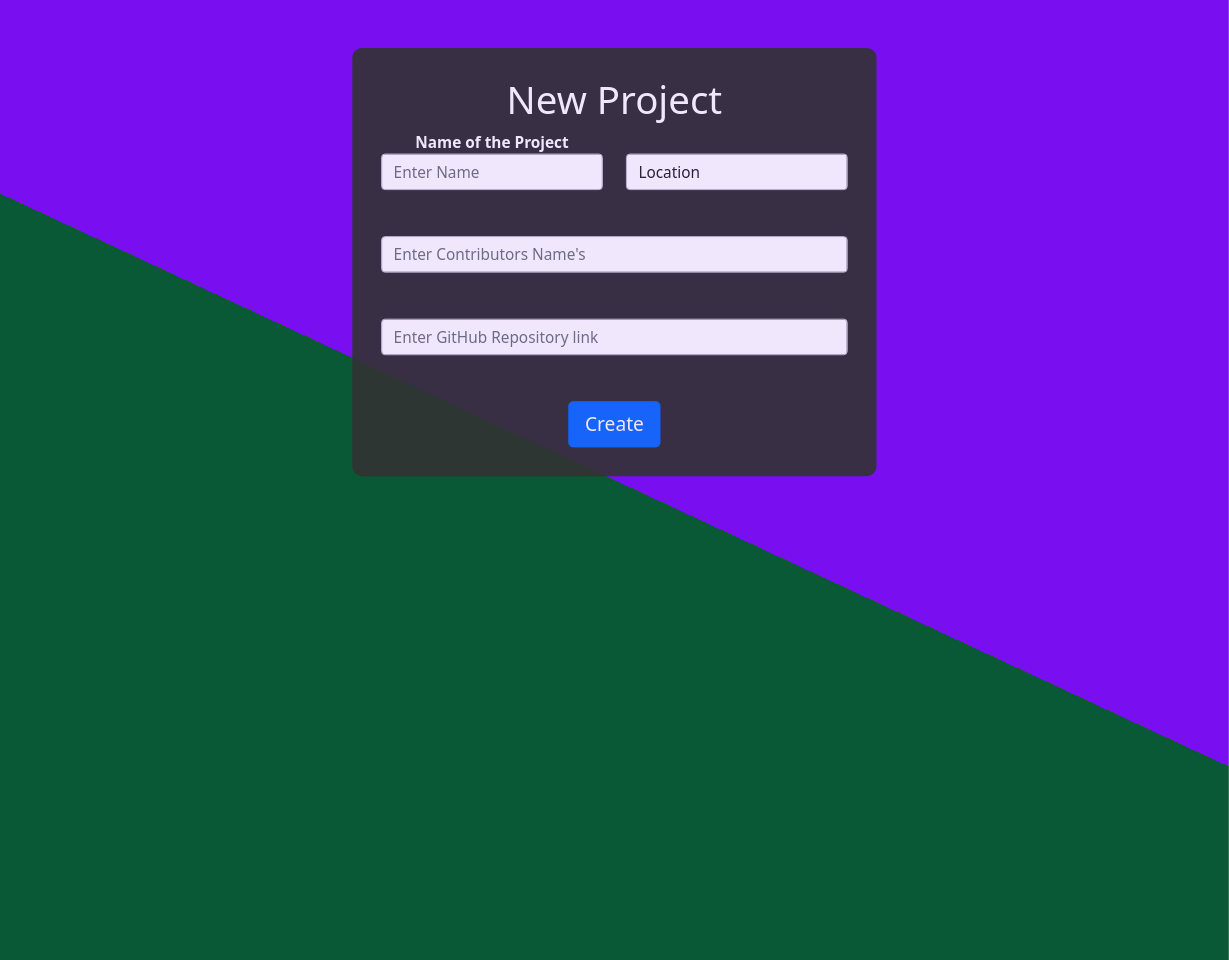
Repository: poornasyamasundar/Software-Project-Manager
Page: SoftwareManager/Templates/newProject.html
These files come from the project's save history. The page is drawn as it stood at one moment and after the next save; the edit follows.
The browser window is 1280 px wide. The pictures show the whole page, at 96% of full size.

Above is the page before, as saved 2021-10-22 00:27:55.

### SoftwareManager/Templates/newProject.html
<!DOCTYPE html>
<html>
	<head>
		<link rel = 'stylesheet' href = 'newProject.css'>
		<link href="https://cdn.jsdelivr.net/npm/bootstrap@5.0.2/dist/css/bootstrap.min.css" rel="stylesheet" integrity="sha384-EVSTQN3/azprG1Anm3QDgpJLIm9Nao0Yz1ztcQTwFspd3yD65VohhpuuCOmLASjC" crossorigin="anonymous">
		<title>
			New Project
		</title>
	</head>
	<body>
		<!-- <div id = 'homeMenu'>
			<div id = 'logo'>Logo and name</div>
			<div id = 'help'>Help</div>
			<div id = 'goback'>Go Back</div>
		</div>
		<div id = 'newProjectBox'>
			<div id = 'name'>
				Name of the Project
			</div>
			<div id = 'model'>
				Life Cycle model
			</div>
			<div id = 'contributors'>
				Contributors
			</div>
			<div id = 'repositorylink'>
				Github Repo Link
			</div>
			<div id = 'create'>
				Create
			</div>
		</div> -->

		<div class="container">
			<div class="row">
			  <div class="col-lg-3"></div>

			  <div class="col-lg-6">
				<div id="ui">
				  <h1 align = "center">New Project</h1>
				  <form class="form-group text-center" action="/student/dashboard/requests/send" method="POST">
					<div class="row">
					  <div class="col-lg-6">
						<label for="" align="left">Name of the Project </label>
						<input type="text" name="name" class="form-control" placeholder="Enter Name">
					  </div>
					  <div class="col-lg-6">
						<label for="empty-space"></label>
						<select class="form-control" name="type">
						  <option>Location</option>
						  <option>Waterfall Model</option>
						  <option>Agile Model</option>
						  <option>-</option>
						  <option>--</option>
						</select>
					  </div>
					</div>
					<br>
					<label></label>
					<input type="text" name="reason" class="form-control" placeholder="Enter Contributors Name's">
					<br>
					<label></label>
					<input type="text" name="repo" class="form-control" placeholder="Enter GitHub Repository link">
					<br>
					<br>
					<input type="submit" name="submit" value="Create" class="btn btn-primary btn-lg">
				  </form>
				</div>
			  </div>

			  <div class="col-lg-3"></div>
			</div>
		  </div>
		  <script src="https://cdn.jsdelivr.net/npm/bootstrap@5.0.2/dist/js/bootstrap.bundle.min.js" integrity="sha384-MrcW6ZMFYlzcLA8Nl+NtUVF0sA7MsXsP1UyJoMp4YLEuNSfAP+JcXn/tWtIaxVXM" crossorigin="anonymous"></script>
		</body>
	</body>
</html>

### SoftwareManager/Templates/newProject.css
/* body
{
	background-color: lightpink;
}
#homeMenu
{
	width: 100%;
	height: 80px;
	background-color: lightblue;
}
#logo
{
	width: 30vw;
	height: 80px;
	display: inline-block;
	background-color: lightgreen;
}
#goback
{
	width: 80px;
	height: 80px;
	display: inline-block;
	float: right;
	background-color: red;
}
#help
{
	width: 80px;
	height: 80px;
	display: inline-block;
	float: right;
	background-color: lightgreen;
}
#newProjectBox
{
	background-color: purple;
	width: 400px;
	margin: auto;
	height: 300px;
	margin-top: 10px;
	padding-top: 10px;
}
#create
{
	height: 40px;
	width: 100px;
	margin: auto;
	margin-top: 10px;
	background-color: yellow;
}
#name, #model, #contributors, #repositorylink
{
	height: 40px;
	width: 300px;
	margin: auto;
	margin-top: 10px;
	background-color: yellow;
} */

body {
	background-color: #4BDBC3;
	background-image: -webkit-linear-gradient(65deg, #095836  50%,  #790ff1 50%); /*#4aeaf0 #f05151 #F8F7DE*/
	min-height: 1000px;
  }

  #ui {
	background-color: #333;
	padding: 30px;
	margin-top: 50px;
	border-radius: 10px;
	opacity: 0.9;
	font-weight: bold;
  }

  #ui label,
  h1 {
	color: #fff;
  }

After the next save:
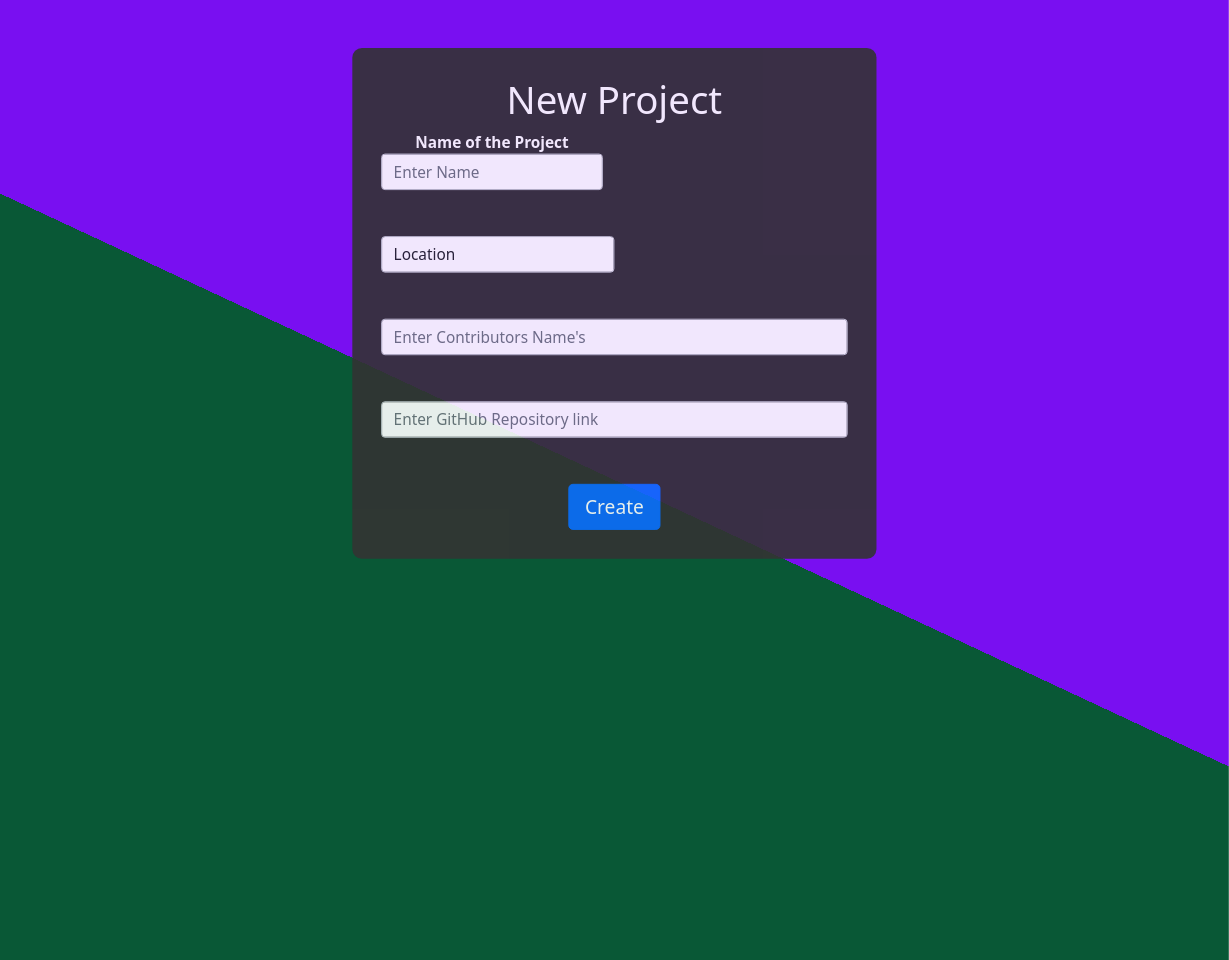
Saved 42 s later.
--- a/SoftwareManager/Templates/newProject.html
+++ b/SoftwareManager/Templates/newProject.html
@@ -44,7 +44,10 @@
 						<label for="" align="left">Name of the Project </label>
 						<input type="text" name="name" class="form-control" placeholder="Enter Name">
 					  </div>
-					  <div class="col-lg-6">
+
+					</div>
+					<br>
+					<div class="col-lg-6">
 						<label for="empty-space"></label>
 						<select class="form-control" name="type">
 						  <option>Location</option>
@@ -54,8 +57,7 @@
 						  <option>--</option>
 						</select>
 					  </div>
-					</div>
-					<br>
+					  <br/>
 					<label></label>
 					<input type="text" name="reason" class="form-control" placeholder="Enter Contributors Name's">
 					<br>
